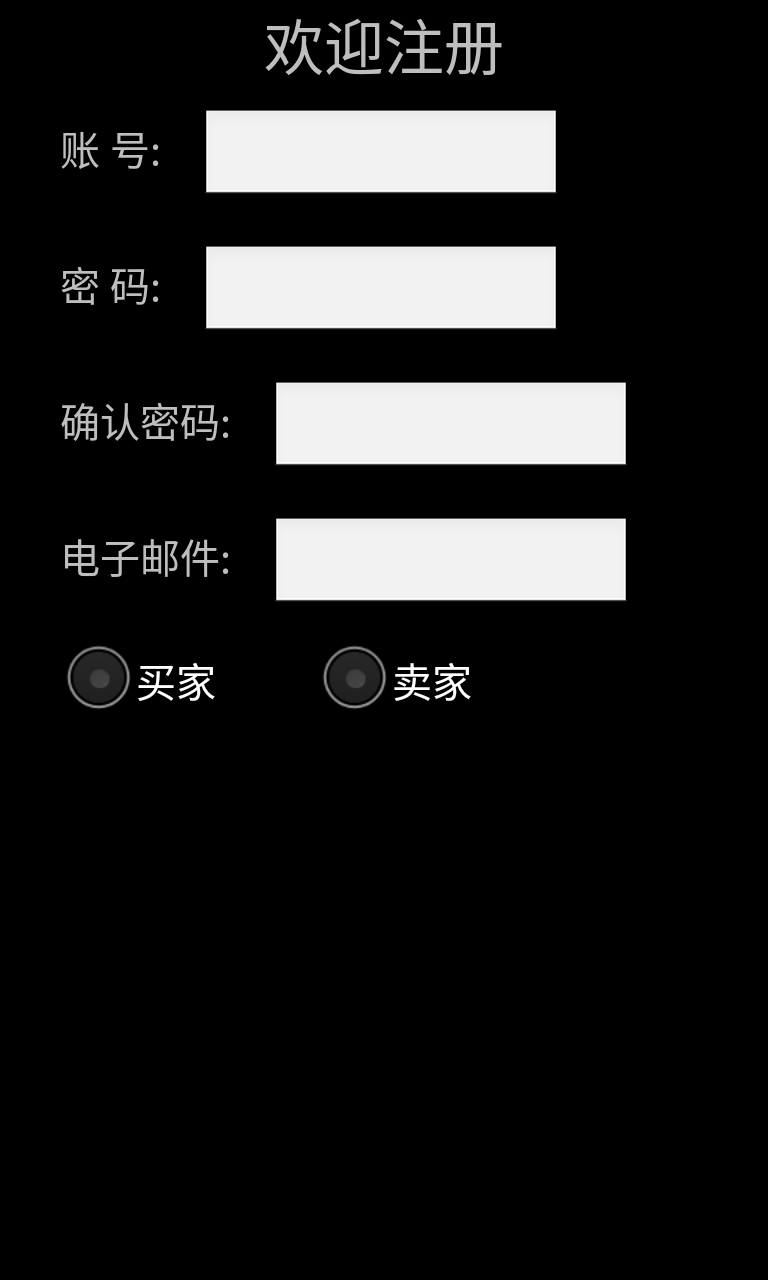
Repository: jcyfkimi/Android-TaoTao
Layout: TaoTao/res/layout/reg.xml
An editor plug-in stored every save of this project. The layout is shown before and after the next save, followed by the edit.
It is drawn on a 768 x 1280 px phone screen (xhdpi) without system bars, with theme android:Theme; the app's code is not run.

Above is the layout before, as saved 2011-09-13 07:25:24.

After the next save:
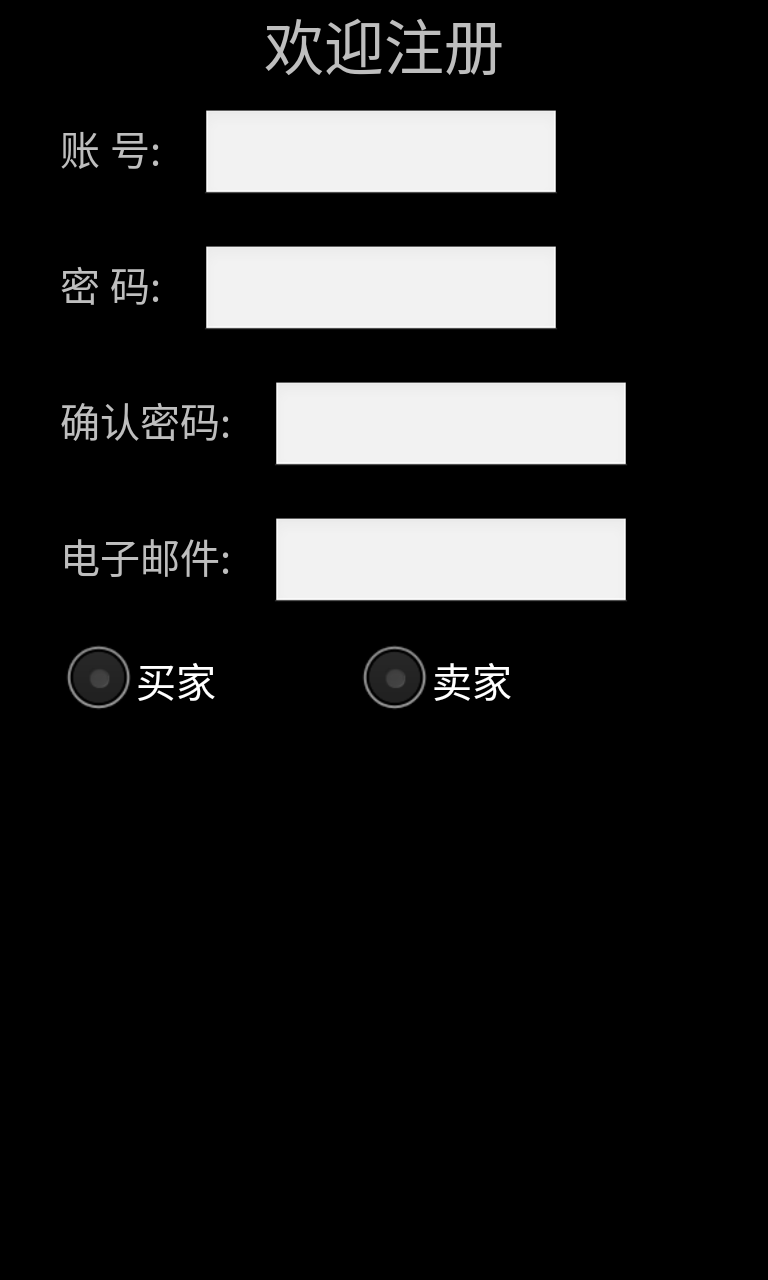
Saved 14 s later.
--- a/TaoTao/res/layout/reg.xml
+++ b/TaoTao/res/layout/reg.xml
@@ -105,7 +105,7 @@
 		  		<RadioButton android:id="@+id/utype"
 		  			android:layout_width="wrap_content"
 		  			android:layout_height="wrap_content"
-		  			android:layout_marginLeft="50dip"
+		  			android:layout_marginLeft="70dip"
 		  			android:text="@string/rdosailer"
 		  			android:textSize="20dip"/>
 		  	</RadioGroup>
